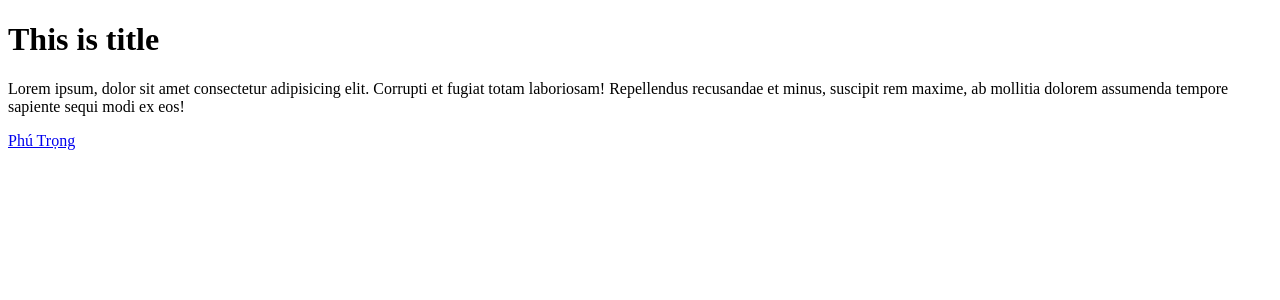
Repository: zRush1202/LoginPage-demo
Page: index.html
The author's editor kept a copy of each file at every save. The page is drawn from the files as they stood at one save, then again after the next save.
The browser window is 1280 px wide. The pictures show the whole page.

Above is the page before, as saved 2023-08-09 21:11:59.

### index.html
<!DOCTYPE html>
<html lang="en">
<head>
    <meta charset="UTF-8">
    <meta name="viewport" content="width=device-width, initial-scale=1.0">
    <title>Document</title>
</head>
<body>
    <h1>
        This is title
    </h1>
    <div>Lorem ipsum, dolor sit amet consectetur adipisicing elit. Corrupti et fugiat totam laboriosam! Repellendus recusandae et minus, suscipit rem maxime, ab mollitia dolorem assumenda tempore sapiente sequi modi ex eos!</div>
    <p id = "#spinner"></p>
    <a href="phutrong" class="link">Phú Trọng</a>
    <script src="dom/properties_method.js"></script>
</body>
</html>

### dom/properties_method.js
//1. selector.getAttribute("attribute")
const link = document.querySelector(".link");
console.log(link.getAttribute("href"));

const li = document.querySelectorAll(".item");
li.forEach((item) => {
    console.log(item.getAttribute("class"));
});
console.log(li);

After the next save:
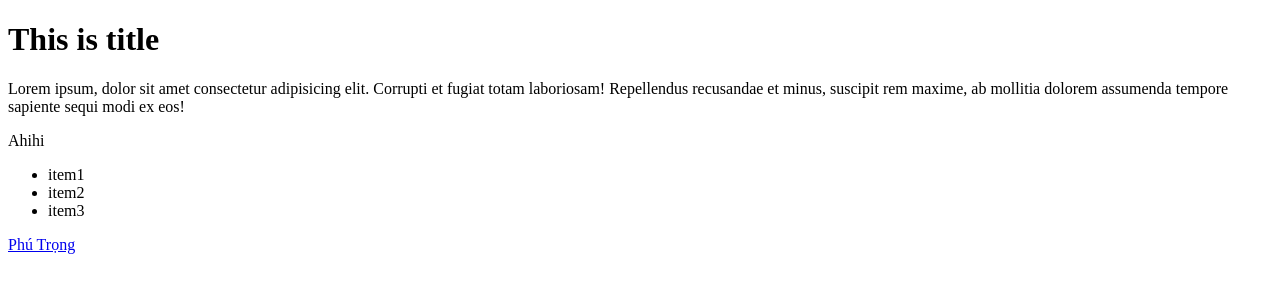
Saved 71 s later.
--- a/index.html
+++ b/index.html
@@ -1,3 +1,4 @@
+
 <!DOCTYPE html>
 <html lang="en">
 <head>
@@ -10,7 +11,12 @@
         This is title
     </h1>
     <div>Lorem ipsum, dolor sit amet consectetur adipisicing elit. Corrupti et fugiat totam laboriosam! Repellendus recusandae et minus, suscipit rem maxime, ab mollitia dolorem assumenda tempore sapiente sequi modi ex eos!</div>
-    <p id = "#spinner"></p>
+    <p id = "#spinner"> Ahihi</p>
+    <ul>
+        <li item item1> item1</li>
+        <li item item2> item2 </li>
+        <li item item3> item3 </li>
+    </ul>
     <a href="phutrong" class="link">Phú Trọng</a>
     <script src="dom/properties_method.js"></script>
 </body>
